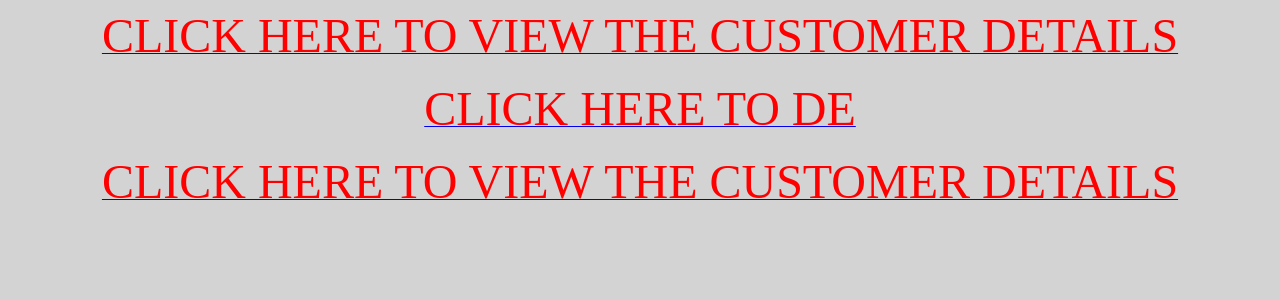
Repository: subhamsourabh265/collegeProjects
Page: OnlineBankingSystems/WebContent/admlog.html
The author's editor kept a copy of each file at every save. The page is drawn from the files as they stood at one save, then again after the next save.
The browser window is 1280 px wide. The pictures show the whole page.

Above is the page before, as saved 2015-11-30 10:23:01.

### OnlineBankingSystems/WebContent/admlog.html
<!DOCTYPE html PUBLIC "-//W3C//DTD HTML 4.01 Frameset//EN" "http://www.w3.org/TR/html4/frameset.dtd">
<html>
<head>
<meta http-equiv="Content-Type" content="text/html; charset=ISO-8859-1">
<title>Insert title here</title>
</head>
    <body style="background-color:lightgray">
    <center>
    <font color="red">

    <a href="view1.jsp"><font size =7 color = red>CLICK HERE TO VIEW THE  CUSTOMER  DETAILS</a></font><br><br>
    <a href="view1.jsp"><font size =7 color = red>CLICK HERE TO DE  </a></font><br><br>
    <a href="view1.jsp"><font size =7 color = red>CLICK HERE TO VIEW THE  CUSTOMER  DETAILS</a></font><br><br>
    </center>
</body>
</html>

### OnlineBankingSystems/WebContent/style.css
@charset "utf-8";
/* CSS Document */

body{
	margin:0;
	color:#232323;
	background:#191919;
}
div, h1, h2, h3, h4, p, form, label, input, textarea, img, span{
	margin:0; padding:0;
}

ul{
	margin:0;
	padding:0;
	list-style-type:none;
	font-size:0;
	line-height:0;
}


.spacer{
	clear:both;
	font-size:0;
	line-height:0;
}
.more
{
font:normal 11px/18px Arial, Helvetica, sans-serif;
color:#00d09d;
text-decoration:none;
padding-left:230px;
}
.style1{color:#00d09d;}
/*------------------------------------------------body--------------------*/

#top_links
{
margin:0 auto;
padding:0px;
width:900px;
height:40px;
}
#top_linksin
{
padding:10px 0 0 0;
width:310px;
height:18px;
float:right;
}

#top_linksin ul
{
list-style:none;
margin:0 0 0 40px;
}
#top_linksin ul li
{
font:normal 11px/10px Arial, Helvetica, sans-serif;
color:#FFFFFF;
border-right:#7f7f7f 1px solid;
padding:0 15px;
float:left;
}
#top_linksin ul li a
{
text-decoration:none;
display:block;
color:#7f7f7f;
}
#top_linksin ul li a:hover
{
text-decoration:none;
display:block;
color:#FFFFFF;
}

#header
{
margin:0 auto;
background:#000 url(images/globe_03.gif) 0 0 no-repeat;
width:897px;
height:282px;
}
#header h1
{
font:bold 44px/18px Arial, Helvetica, sans-serif;
color:#FFFFFF;
padding:100px 0 0 380px;
}
#header h2
{
font:bold italic 24px/18px Arial, Helvetica, sans-serif;
color:#ababab;
padding:20px 0 0 380px;
}

#navigation
{
margin:0 auto;
width:896px;
height:40px;
background:#000;
border:1px solid #282828;
}
#navigation ul
{
list-style:none;
}
#navigation ul li
{
color:#adadad;
float:left;
text-align:center;
font:bold 15px/40px Arial, Helvetica, sans-serif;
width:127px;
border-right:1px solid #282828;
}
#navigation ul li a
{
text-decoration:none;
display:block;
color:#adadad;
}
#navigation ul li a:hover
{
color:#FFFFFF;
}
#navigation ul li.last
{
border:none;
float:left;
}

#content1
{
width:897px;
margin:0 auto;
background:url(images/globe_05.jpg) 0 0 repeat-y;
}
#content1 h1
{
font:bold italic 22px/79px Arial, Helvetica, sans-serif;
color:#ffffff;
padding-left:30px;
}
#content1 p
{
font:normal 12px/18px Arial, Helvetica, sans-serif;
color:#b2b2b2;
padding:5px 15px 0 15px;
}
.con
{
background:url(images/globe_06.jpg) 0 0 repeat-y;
width:290px;
}
#heade1
{
width:167px;
height:79px;
background:url(images/image_03.gif) 20px 10px no-repeat;
padding-left:90px;
}
#heade2
{
width:167px;
height:79px;
background:url(images/image_04.gif) 20px 10px no-repeat;
padding-left:90px;
}
#heade3
{
width:167px;
height:79px;
background:url(images/image_05.gif) 20px 5px no-repeat;
padding-left:90px;
}
#services
{
width:257px;
padding:10px;
}
#services h1
{
font:bold italic 20px/25px Arial, Helvetica, sans-serif;
color:#333333;
}
#services ul
{
list-style:none;
margin-left:8px;
}
#services ul li
{
font:normal 12px/22px Arial, Helvetica, sans-serif;
color:#FFFFFF;
display:block;
padding:0 0 4px 16px;
background:url(images/bullet.png) left center no-repeat;
}
#services ul li a
{
text-decoration:none;
display:block;
color:#7f7f7f;
}
#services ul li a:hover
{
text-decoration:none;
display:block;
color:#000000;
}
#welcome
{
width:287px;
padding:10px;
}
#welcome h1
{
font:bold italic 20px/25px Arial, Helvetica, sans-serif;
color:#333333;
}
#welcome p
{
font:normal 12px/18px Arial, Helvetica, sans-serif;
color:#7f7f7f;
}
#news
{
width:257px;
padding:10px;
}
#news h1
{
font:bold italic 20px/25px Arial, Helvetica, sans-serif;
color:#333333;
}
.img
{
float:left;
padding-right:10px;
}
#news h2
{
font:bold 12px/18px Arial, Helvetica, sans-serif;
color:#333333;
}
#news p
{
font:normal 12px/18px Arial, Helvetica, sans-serif;
color:#7f7f7f;
}

#footer_navigation
{
width:500px;
height:30px;
margin:0 auto;
}
#footer_navigation ul li
{
width:80px;
font: normal 12px/30px Arial, Helvetica, sans-serif;
color:#7d9942;
float:left;
}
#footer_navigation ul li a
{
text-decoration:none;
color:#7f7f7f;
height:30px;
}
#footer_navigation ul li a:hover
{
text-decoration:none;
color:#ffffff;
height:49px;
}
#footer_copyright
{
color: #7f7f7f;
font: normal 11px/30px Arial, Helvetica, sans-serif;
margin:0 auto;
text-align:center;
}

#footer_design
{
color: #ffffff;
font: normal 11px/25px Arial, Helvetica, sans-serif;
margin:0 auto;
text-align:center;
width:100%;
background:#000000;
}
#footer_design a
{
color: #b6ff06;
text-decoration:none;
}
#footer_design a:hover
{
color: #b6ff06;
text-decoration:underline;
}

After the next save:
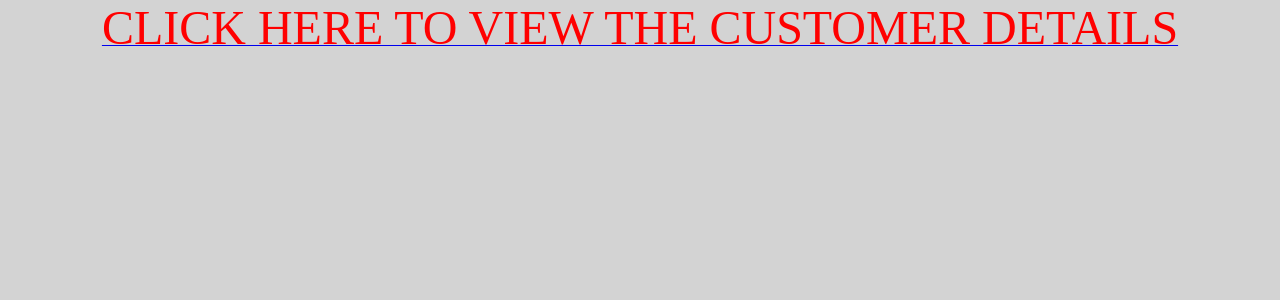
Saved 4 min 32 s later.
--- a/OnlineBankingSystems/WebContent/admlog.html
+++ b/OnlineBankingSystems/WebContent/admlog.html
@@ -2,15 +2,13 @@
 <html>
 <head>
 <meta http-equiv="Content-Type" content="text/html; charset=ISO-8859-1">
-<title>Insert title here</title>
+<title>ADMIN LOGIN</title>
+<link href="style.css" rel="stylesheet" type="text/css">
 </head>
     <body style="background-color:lightgray">
     <center>
     <font color="red">
-
-    <a href="view1.jsp"><font size =7 color = red>CLICK HERE TO VIEW THE  CUSTOMER  DETAILS</a></font><br><br>
-    <a href="view1.jsp"><font size =7 color = red>CLICK HERE TO DE  </a></font><br><br>
-    <a href="view1.jsp"><font size =7 color = red>CLICK HERE TO VIEW THE  CUSTOMER  DETAILS</a></font><br><br>
+     <a href="view1.jsp"><font size =7 color = red>CLICK HERE TO VIEW THE  CUSTOMER  DETAILS</a></font><br><br>
     </center>
 </body>
 </html>
